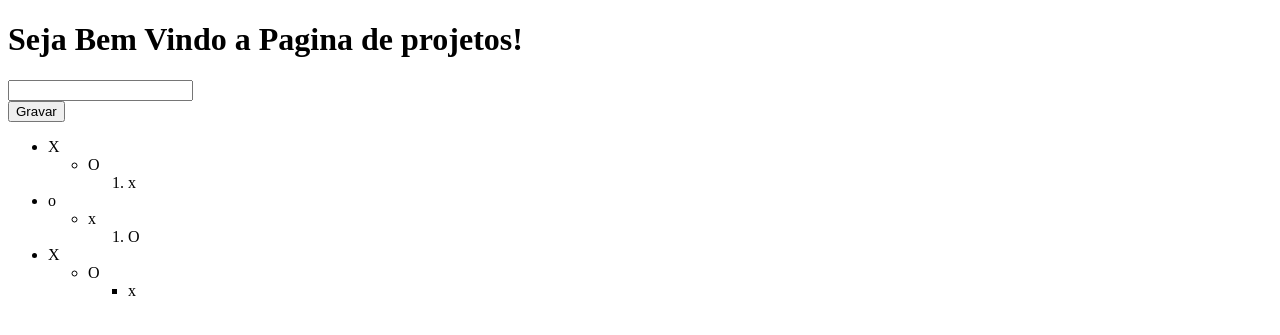
Repository: ericvinicius/cursojavaweb
Page: workspace/Projeto-Pessoal/WebContent/Main.html
These files come from the project's save history. The page is drawn as it stood at one moment and after the next save; the edit follows.
The browser window is 1280 px wide. The pictures show the whole page.

Above is the page before, as saved 2013-03-16 16:35:52.

### workspace/Projeto-Pessoal/WebContent/Main.html
<!DOCTYPE html PUBLIC "-//W3C//DTD HTML 4.01 Transitional//EN" "http://www.w3.org/TR/html4/loose.dtd">
<html>
<head>
<meta http-equiv="Content-Type" content="text/html; charset=UTF-8">
<title>Eric's Project</title>
</head>
<body>
	<h1>Seja Bem Vindo a Pagina de projetos!</h1>

	<input type="text" name="nome" />
	<br />
	<input type="submit" value="Gravar" />

	<ul>
		<li>X
			<ul>
				<li>O</li>
				<ol>
					<li>x</li>
				</ol>
			</ul>
		</li>
		<li>o
			<ul>
				<li>x</li>
				<ol>
					<li>O</li>
				</ol>
			</ul>
		</li>
		<li>X
			<ul>
				<li>O</li>
				<ul>
					<li>x</li>
				</ul>
			</ul>
		</li>
	</ul>

</body>
</html>

After the next save:
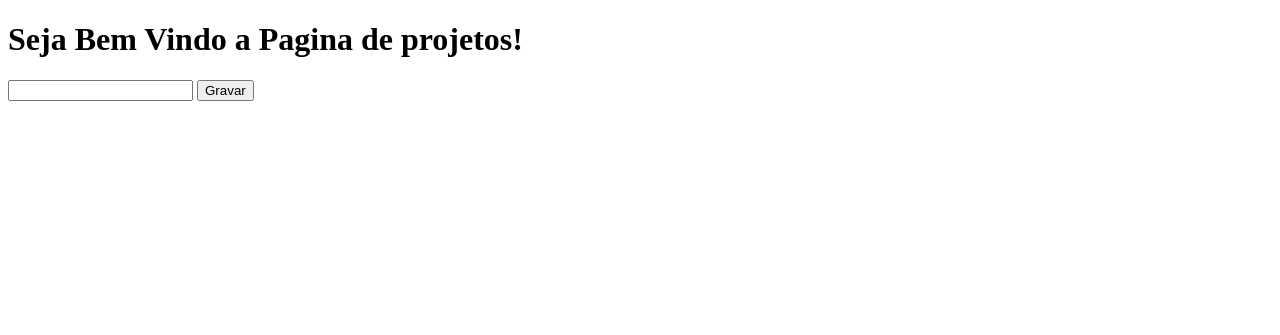
Saved 4 min 58 s later.
--- a/workspace/Projeto-Pessoal/WebContent/Main.html
+++ b/workspace/Projeto-Pessoal/WebContent/Main.html
@@ -8,35 +8,9 @@
 	<h1>Seja Bem Vindo a Pagina de projetos!</h1>
 
 	<input type="text" name="nome" />
-	<br />
 	<input type="submit" value="Gravar" />
 
-	<ul>
-		<li>X
-			<ul>
-				<li>O</li>
-				<ol>
-					<li>x</li>
-				</ol>
-			</ul>
-		</li>
-		<li>o
-			<ul>
-				<li>x</li>
-				<ol>
-					<li>O</li>
-				</ol>
-			</ul>
-		</li>
-		<li>X
-			<ul>
-				<li>O</li>
-				<ul>
-					<li>x</li>
-				</ul>
-			</ul>
-		</li>
-	</ul>
+
 
 </body>
 </html>
